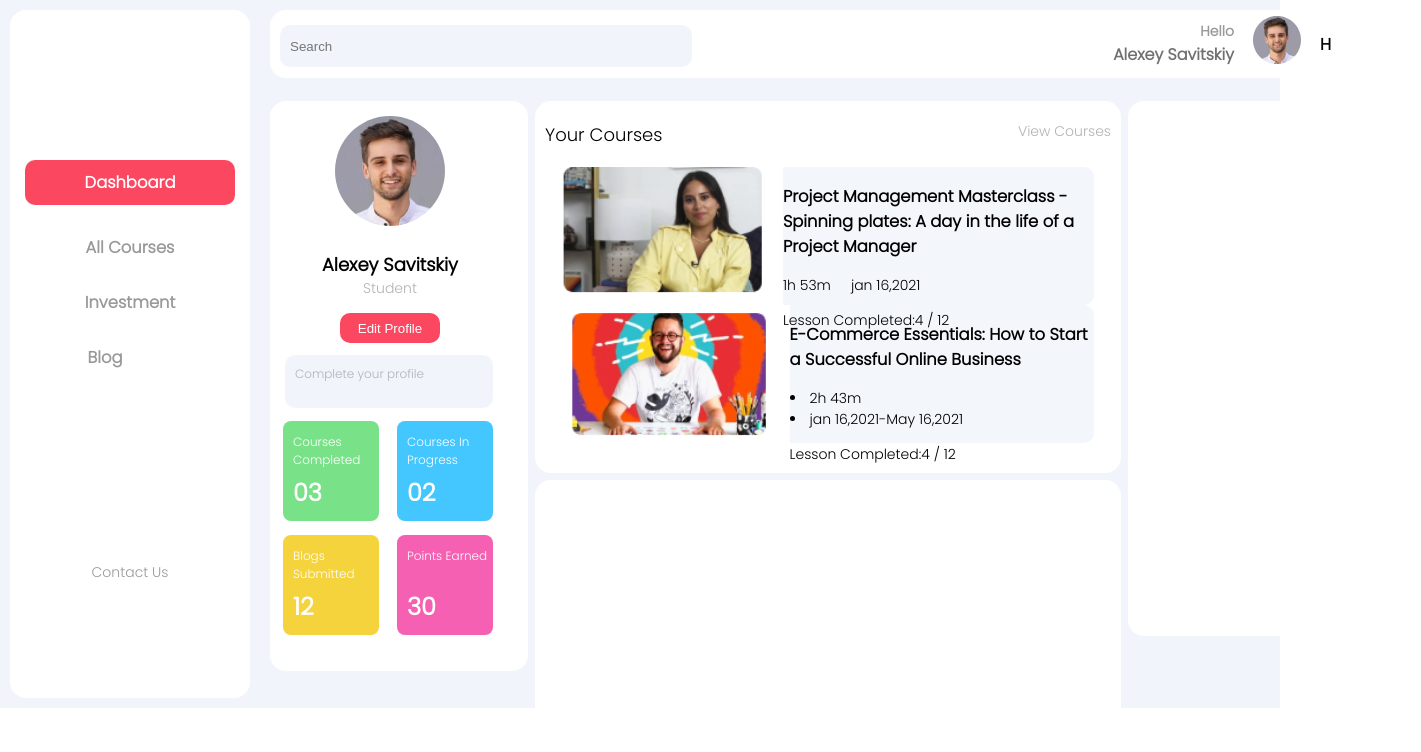
Repository: Anuruddha00/dashboard-design
Page: /
These files come from the project's save history. The page is drawn as it stood at one moment and after the next save; the edit follows.
The browser window is 1280 px wide. The page is 1421 px wide, so the pictures cover 1421 px, including what lies to the right of the window. The pictures show the whole page.
The project was rebuilt for these pictures with package versions that can differ from the ones it lists, and the page was loaded fresh each time.

Above is the page before, as saved 2021-05-07 20:17:45.

After the next save:
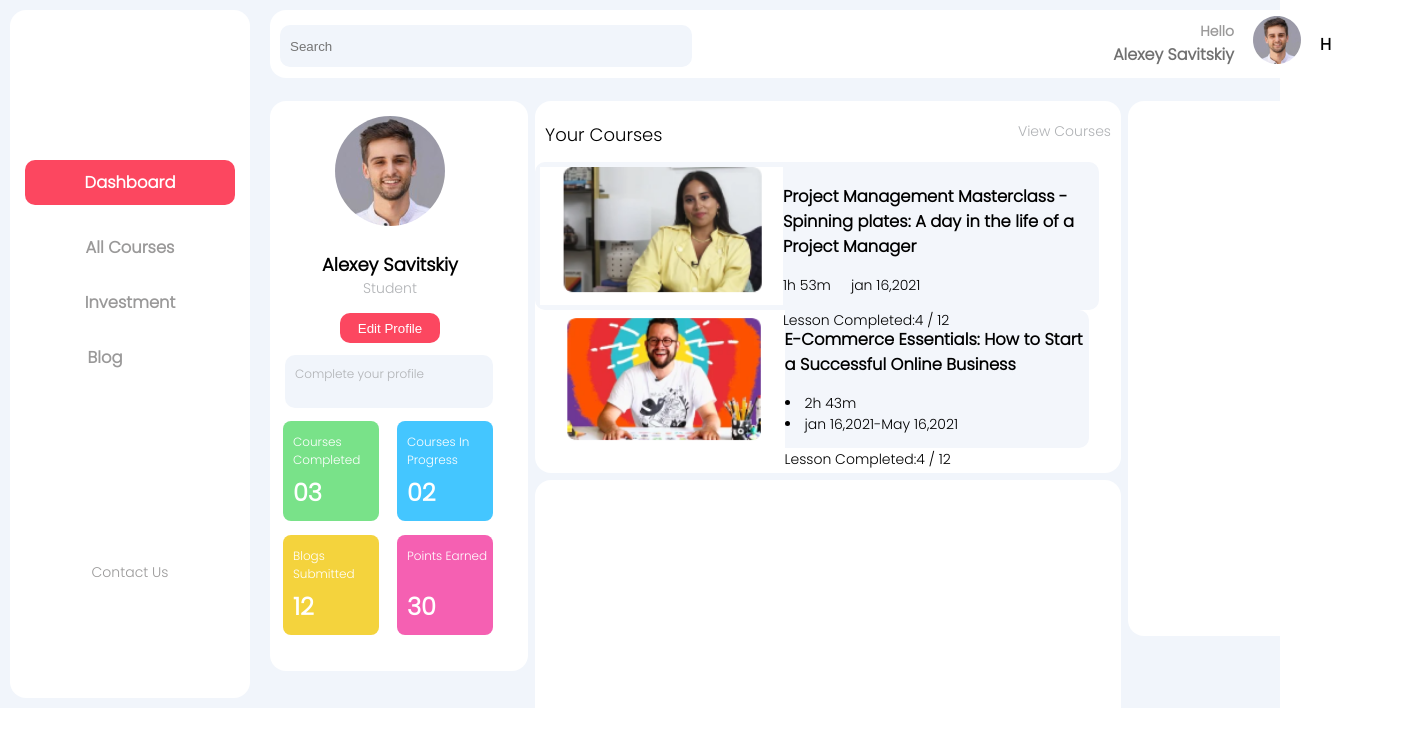
Saved 42 s later.
--- a/src/containers/Dashboard/Dashboard.scss
+++ b/src/containers/Dashboard/Dashboard.scss
@@ -274,10 +274,11 @@ body{
                                 }
                             }
                             &List{
-                                padding: 5px;
+
 
                                 &Management{
                                     background: #f3f6fb;
+                                    padding: 5px;
                                     border-radius: 10px;
                                     width: 554px;
                                     height: 138px;
